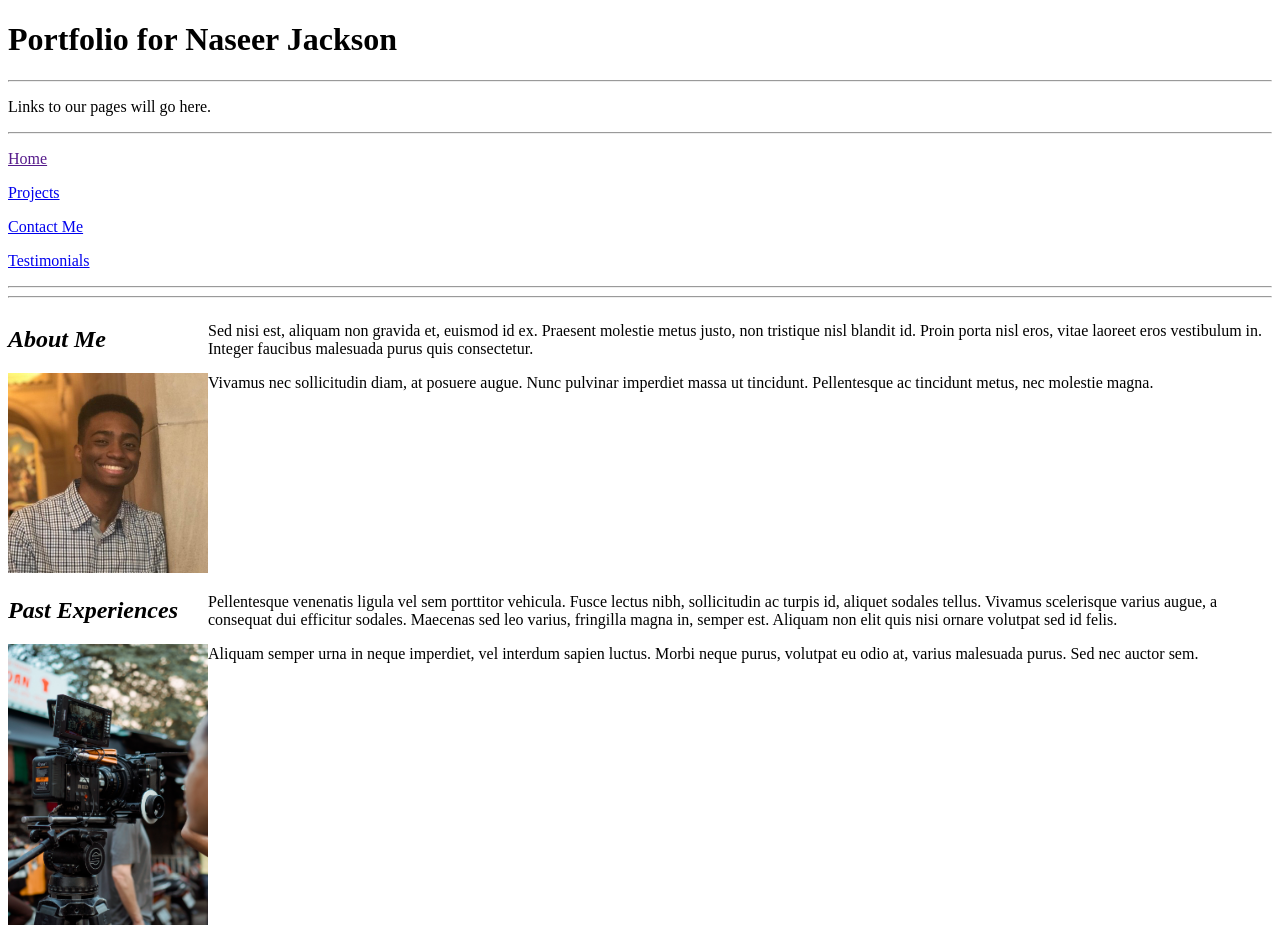
Repository: nj10deadend/Mthree-Intro-to-WebDev
Page: classwork/portfolio/index.html
These files come from the project's save history. The page is drawn as it stood at one moment and after the next save; the edit follows.
The browser window is 1280 px wide. The pictures show the part of the page from y = 0 to 925 px (the page is 1236 px tall).
A picture or video elsewhere on the page could not be fetched, so the positions and the page height are approximate.

Above is the page before, as saved 2021-12-01 09:37:09.

After the next save:
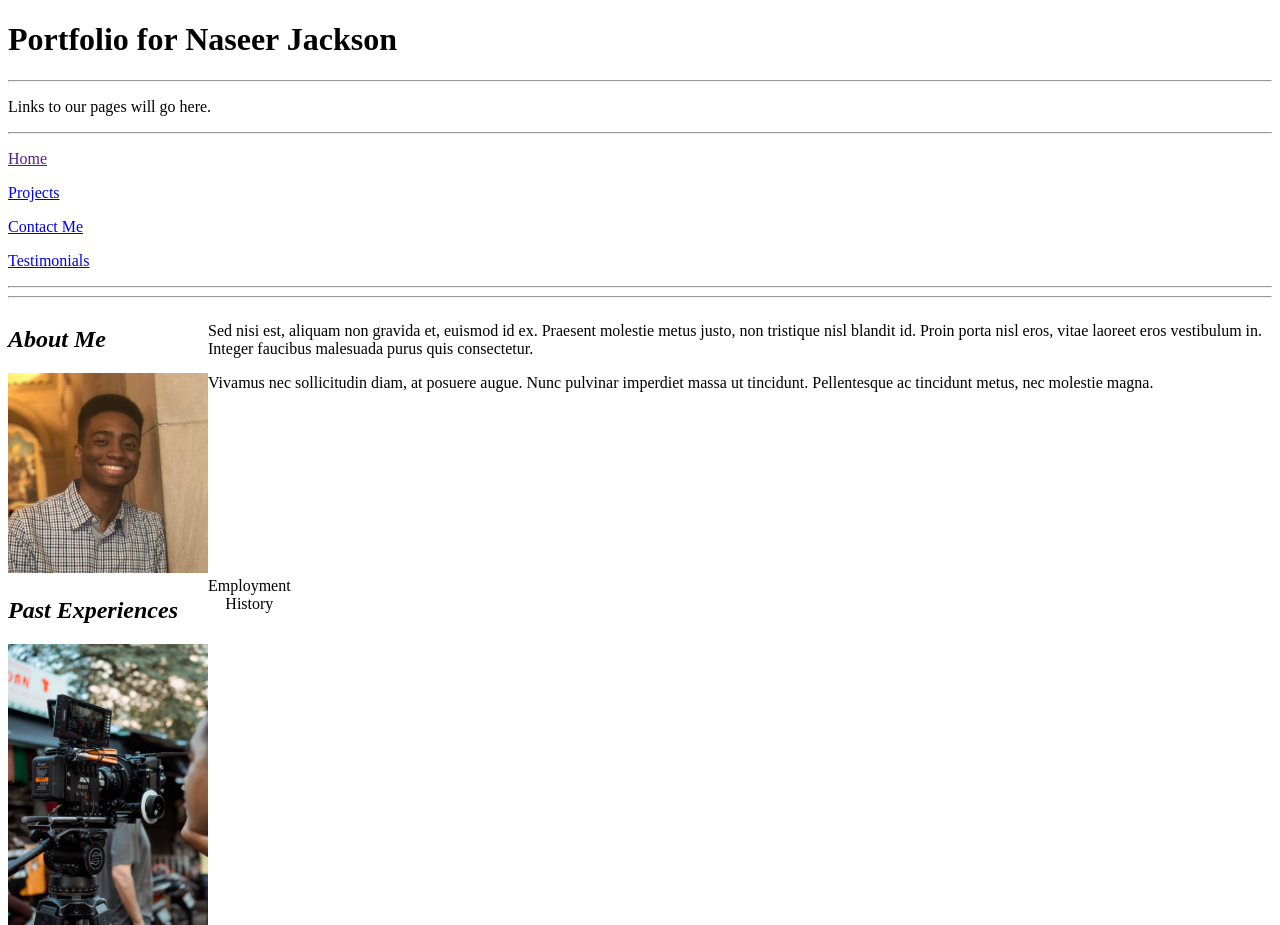
Saved 22 min 57 s later.
--- a/classwork/portfolio/index.html
+++ b/classwork/portfolio/index.html
@@ -69,8 +69,12 @@
 
             <div>
 
-                <p>Pellentesque venenatis ligula vel sem porttitor vehicula. Fusce lectus nibh, sollicitudin ac turpis id, aliquet sodales tellus. Vivamus scelerisque varius augue, a consequat dui efficitur sodales. Maecenas sed leo varius, fringilla magna in, semper est. Aliquam non elit quis nisi ornare volutpat sed id felis.</p>
-                <p>Aliquam semper urna in neque imperdiet, vel interdum sapien luctus. Morbi neque purus, volutpat eu odio at, varius malesuada purus. Sed nec auctor sem.</p>
+                <table>
+                    <caption>Employment History</caption>
+                </table>
+
+                <!-- <p>Pellentesque venenatis ligula vel sem porttitor vehicula. Fusce lectus nibh, sollicitudin ac turpis id, aliquet sodales tellus. Vivamus scelerisque varius augue, a consequat dui efficitur sodales. Maecenas sed leo varius, fringilla magna in, semper est. Aliquam non elit quis nisi ornare volutpat sed id felis.</p>
+                <p>Aliquam semper urna in neque imperdiet, vel interdum sapien luctus. Morbi neque purus, volutpat eu odio at, varius malesuada purus. Sed nec auctor sem.</p> -->
             </div>
 
 
